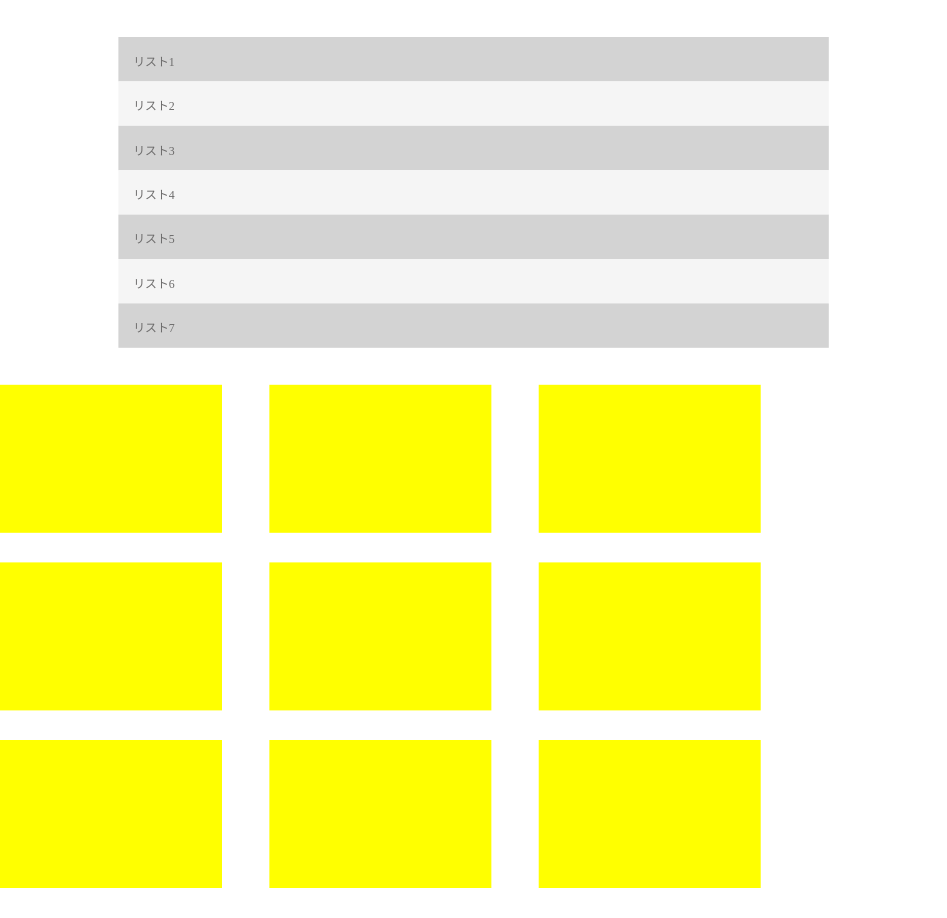
Repository: t-sato-infratop/environment
Page: chapter8_exercise/chapter8_exercise.html
The author's editor kept a record of every edit. The page is drawn from the files as they stood at one moment, then again after the next edit.
The browser window is 1280 px wide. The pictures show the whole page, at 74% of full size.

Above is the page before.

### chapter8_exercise/chapter8_exercise.html
<!DOCTYPE html>
<html lang="ja">
  <head>
    <meta charset="UTF-8" />
    <link rel="stylesheet" href="chapter8_exercise.css" />
    <title>C8E</title>
  </head>

  <body>
    <main>
    <section class="main-list">
      <div class="main-list-category">
        <p class="main-list-text">リスト1</p>
      </div>
      <div class="main-list-category">
        <p class="main-list-text">リスト2</p>
      </div>
      <div class="main-list-category">
        <p class="main-list-text">リスト3</p>
      </div>
      <div class="main-list-category">
        <p class="main-list-text">リスト4</p>
      </div>
      <div class="main-list-category">
        <p class="main-list-text">リスト5</p>
      </div>
      <div class="main-list-category">
        <p class="main-list-text">リスト6</p>
      </div>
      <div class="main-list-category">
        <p class="main-list-text">リスト7</p>
      </div>
    </section>
    <section class="main-box">
      <div class="main-box-category"></div>
      <div class="main-box-category"></div>
      <div class="main-box-category"></div>
      <div class="main-box-category"></div>
      <div class="main-box-category"></div>
      <div class="main-box-category"></div>
      <div class="main-box-category"></div>
      <div class="main-box-category"></div>
      <div class="main-box-category"></div>
    </section>
    </main>
  </body>

### chapter8_exercise/chapter8_exercise.css
* {
  margin: 0;
  padding: 0;
  box-sizing: border-box;
  color: #6c6b6b;
}

.main-list {
  width: 960px;
  margin: 50px auto;
}

.main-list-category {
  width: 100%;
  height: 60px;
}

.main-list-text {
  padding: 20px 0 20px 20px;
}

.main-list-category:nth-child(odd) {
  background-color: lightgray;
}

.main-list-category:nth-child(even) {
  background-color: #f5f5f5;
}

.main-box {
  display: flex;
  flex-wrap: wrap;
}

.main-box-category {
  width: 300px;
  height: 200px;
  margin-right: 5%;
  margin-bottom: 40px;
  background-color :yellow;
}

After the next edit:
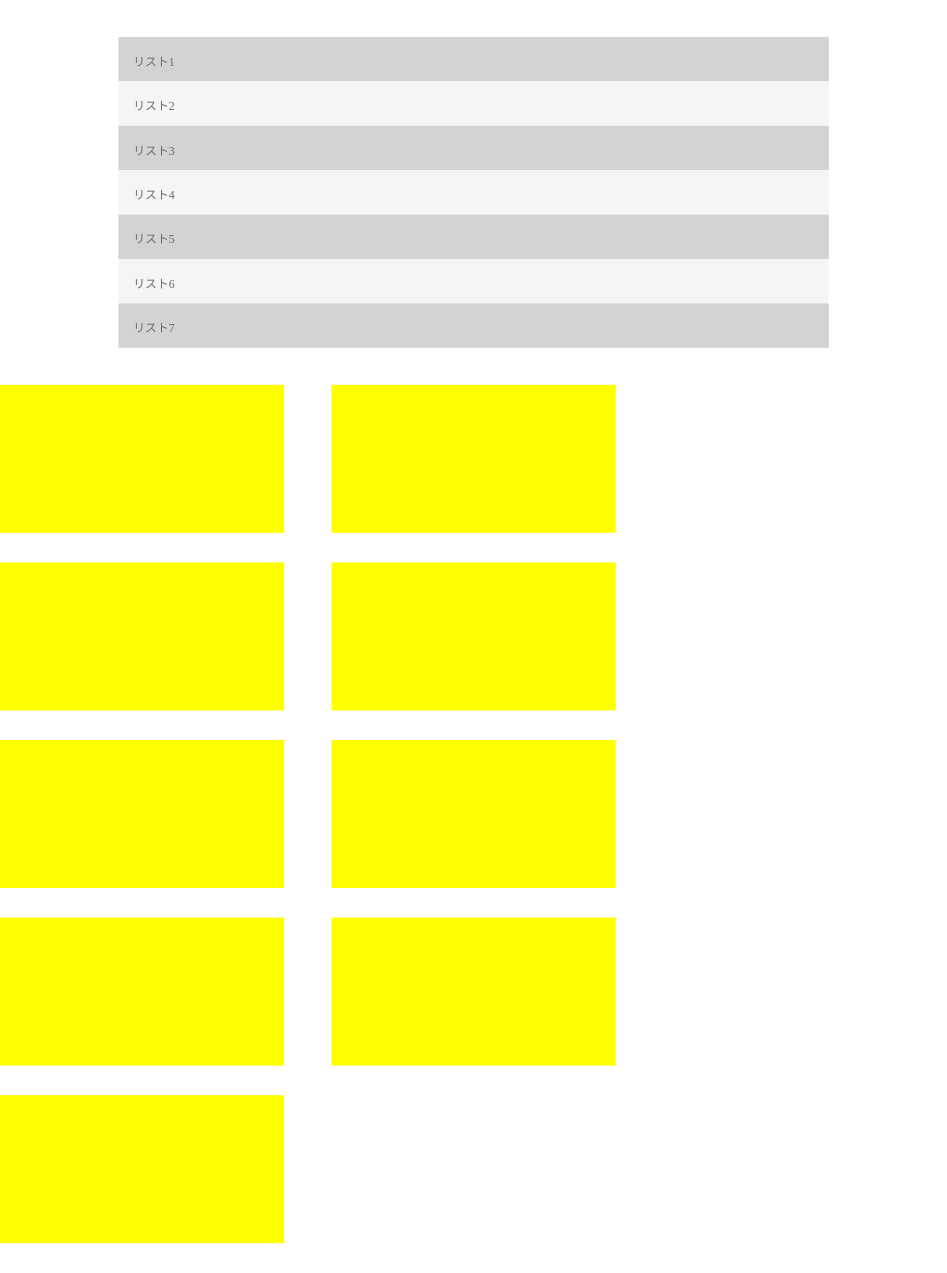
The edit:
--- a/chapter8_exercise/chapter8_exercise.css
+++ b/chapter8_exercise/chapter8_exercise.css
@@ -33,7 +33,7 @@
 }
 
 .main-box-category {
-  width: 300px;
+  width: 30%;
   height: 200px;
   margin-right: 5%;
   margin-bottom: 40px;
